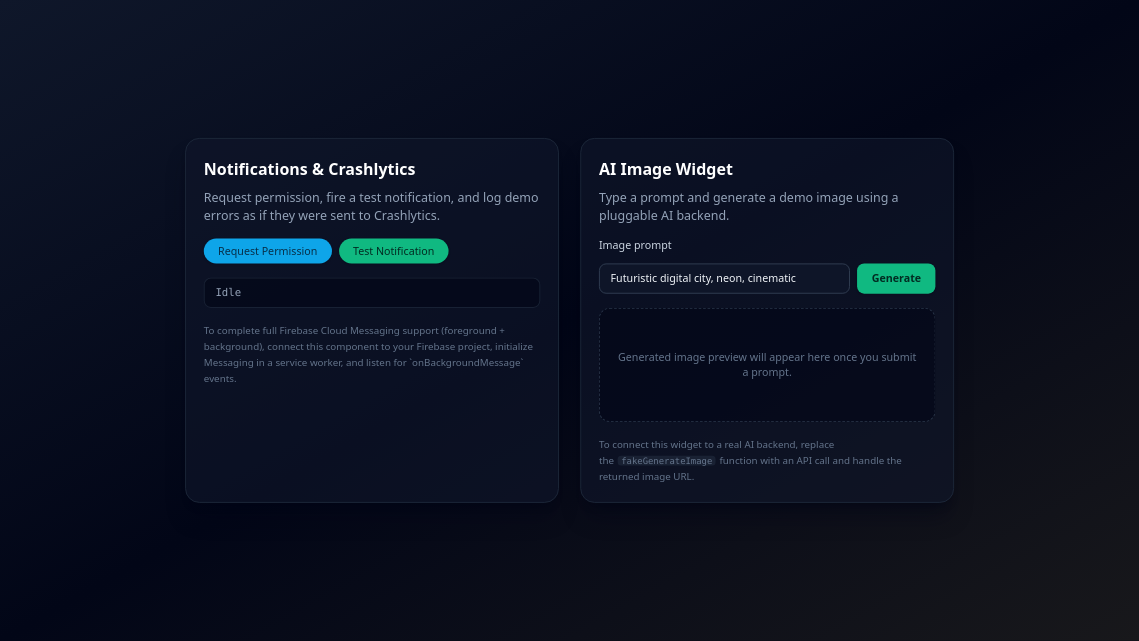
Repository: Akshad03/widget-dashboard
Page: /
The author's editor kept a copy of each file at every save. The page is drawn from the files as they stood at one save, then again after the next save.
The browser window is 1280 px wide. The pictures show the whole page, at 89% of full size.
The project was rebuilt for these pictures with package versions that can differ from the ones it lists, and the page was loaded fresh each time.

Above is the page before, as saved 2025-12-07 20:08:37.

After the next save:
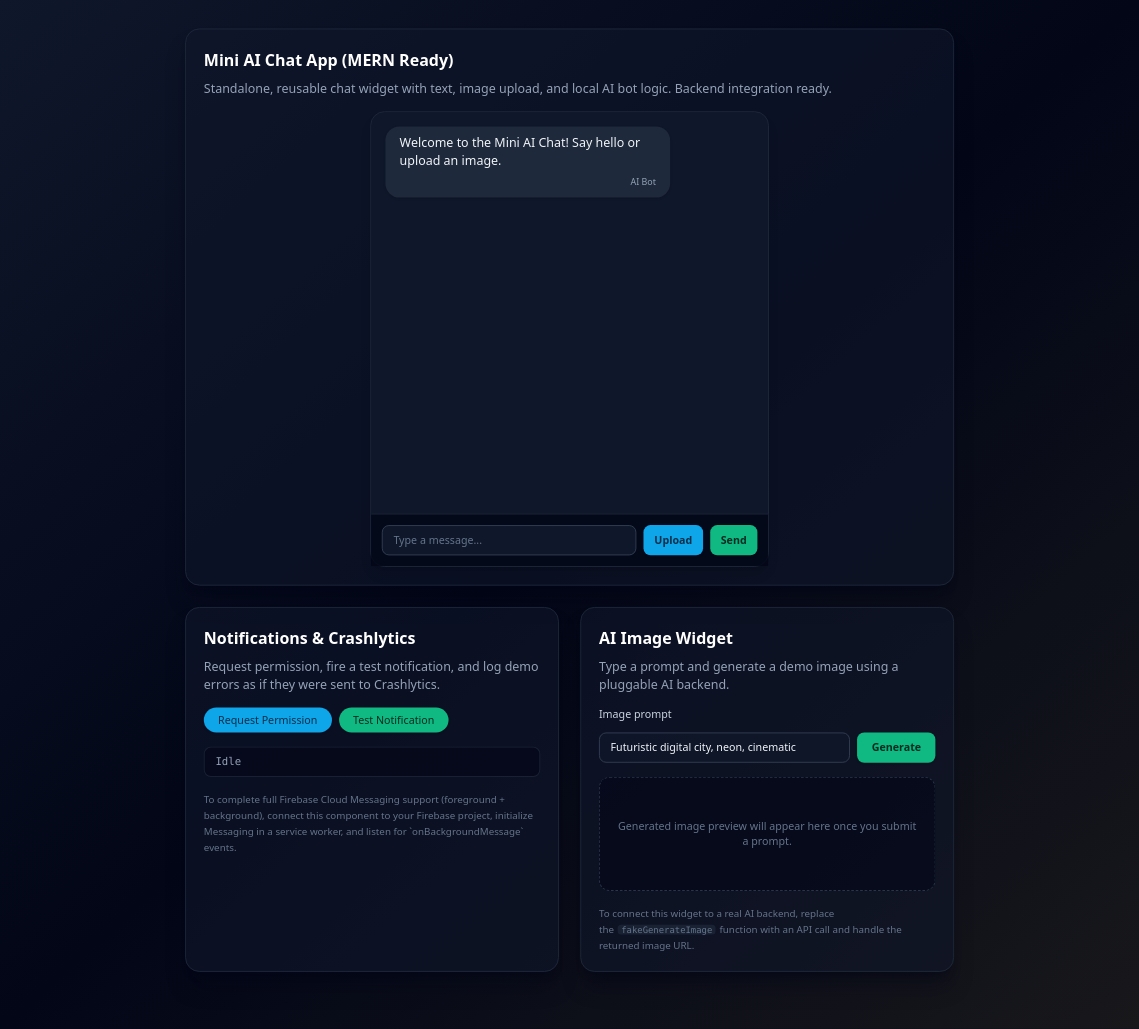
Saved 17 s later.
--- a/src/App.js
+++ b/src/App.js
@@ -2,6 +2,7 @@
 import './App.css';
 import NotificationDemo from './components/NotificationDemo';
 import AiImageWidget from './components/AiImageWidget';
+import ChatWidget from './components/ChatWidget';
 
 function App() {
   return (
@@ -9,7 +10,14 @@
       <div className="max-w-4xl w-full px-4 py-8">
 
         {/* Components will be wired here */}
-        <div className="grid md:grid-cols-2 gap-6">
+        <div className="grid md:grid-cols-2 gap-6 mb-8">
+                  <div className="bg-slate-900/60 border border-slate-800 rounded-2xl p-5 shadow-xl shadow-slate-950/40 col-span-2">
+                    <h2 className="text-lg font-semibold text-white mb-2">Mini AI Chat App (MERN Ready)</h2>
+                    <p className="text-sm text-slate-400 mb-4">
+                      Standalone, reusable chat widget with text, image upload, and local AI bot logic. Backend integration ready.
+                    </p>
+                    <ChatWidget />
+                  </div>
           <div className="bg-slate-900/60 border border-slate-800 rounded-2xl p-5 shadow-xl shadow-slate-950/40">
             <h2 className="text-lg font-semibold text-white mb-2">Notifications & Crashlytics</h2>
             <p className="text-sm text-slate-400 mb-4">
